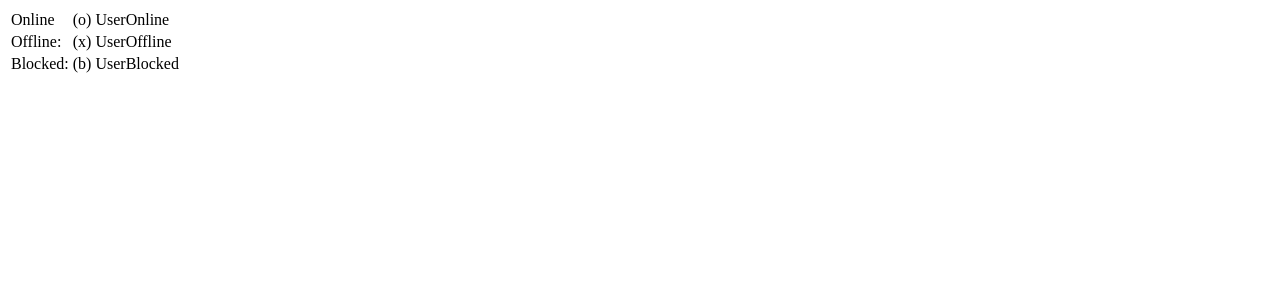
Repository: nevinleiby/SwapRC
Page: frame_users.html
These files come from the project's save history. The page is drawn as it stood at one moment and after the next save; the edit follows.
The browser window is 1280 px wide. The pictures show the whole page.

Above is the page before, as saved 2019-09-08 01:48:11.

### frame_users.html
<html>
    <title>
        Users
    </title>
    <body>
        <table>
            <tr>
                <td>Online</td>
                <td>(o) UserOnline</td>
            </tr>
            <tr>
                <td>Offline:</td>
                <td>(x) UserOffline</td>
            </tr>

            <tr>
                <td>Blocked:</td>
                <td>(b) UserBlocked</td>
            </tr>
        </table>
    </body>
</html>

After the next save:
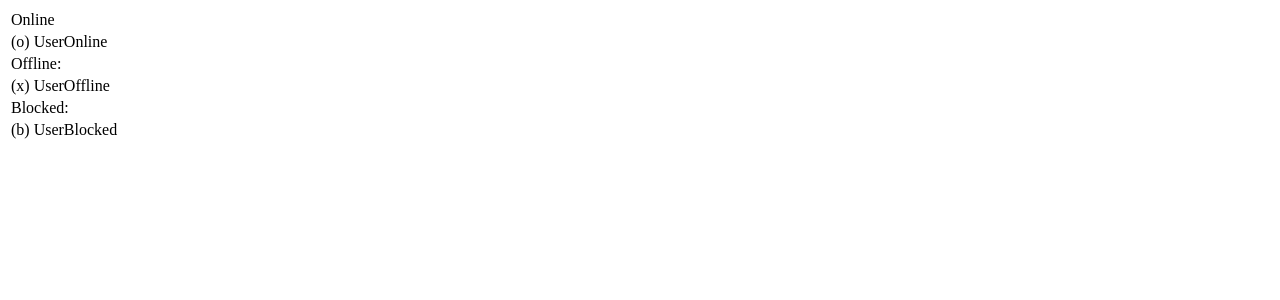
Saved 96 s later.
--- a/frame_users.html
+++ b/frame_users.html
@@ -4,19 +4,15 @@
     </title>
     <body>
         <table>
-            <tr>
-                <td>Online</td>
-                <td>(o) UserOnline</td>
-            </tr>
-            <tr>
-                <td>Offline:</td>
-                <td>(x) UserOffline</td>
-            </tr>
+            <tr><td>Online</td></tr>
+            <tr><td>(o) UserOnline</td></tr>
 
-            <tr>
-                <td>Blocked:</td>
-                <td>(b) UserBlocked</td>
-            </tr>
+            <tr><td>Offline:</td></tr>
+            <tr><td>(x) UserOffline</td></tr>
+
+            <tr><td>Blocked:</td></tr>
+            <tr><td>(b) UserBlocked</td></tr>
+
         </table>
     </body>
 </html>
